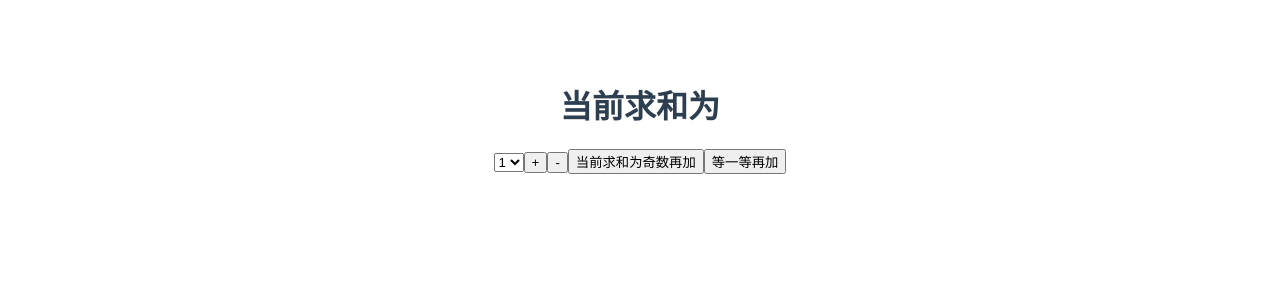
Repository: 319226862/wyy
Page: / (app in test/)
An editor plug-in stored every save of this project. The page is shown before and after the next save, followed by the edit.
The browser window is 1280 px wide. The pictures show the whole page.
The project was rebuilt for these pictures with package versions that can differ from the ones it lists, and the page was loaded fresh each time. Also part of the build but not shown: test/vue.config.js.

Above is the page before, as saved 2023-06-27 20:16:21.

After the next save:
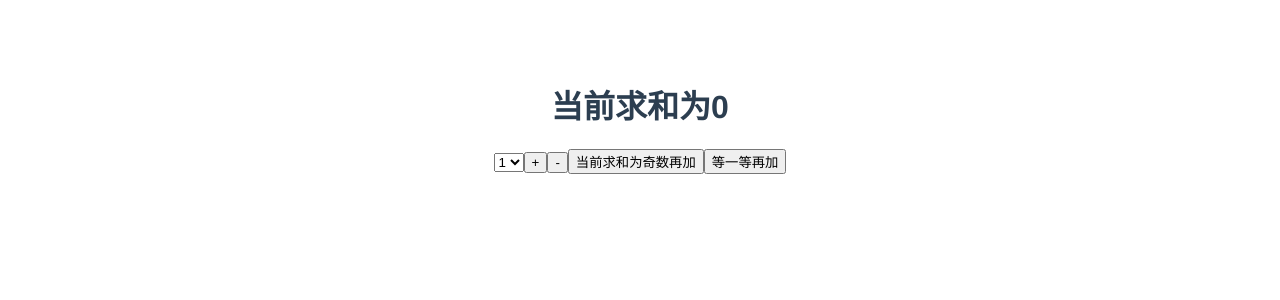
Saved 7 s later.
--- a/test/src/components/Count.vue
+++ b/test/src/components/Count.vue
@@ -17,7 +17,7 @@
 export default {
     data(){
         return {
-            number:''
+            number:0
         }
     }
 }
